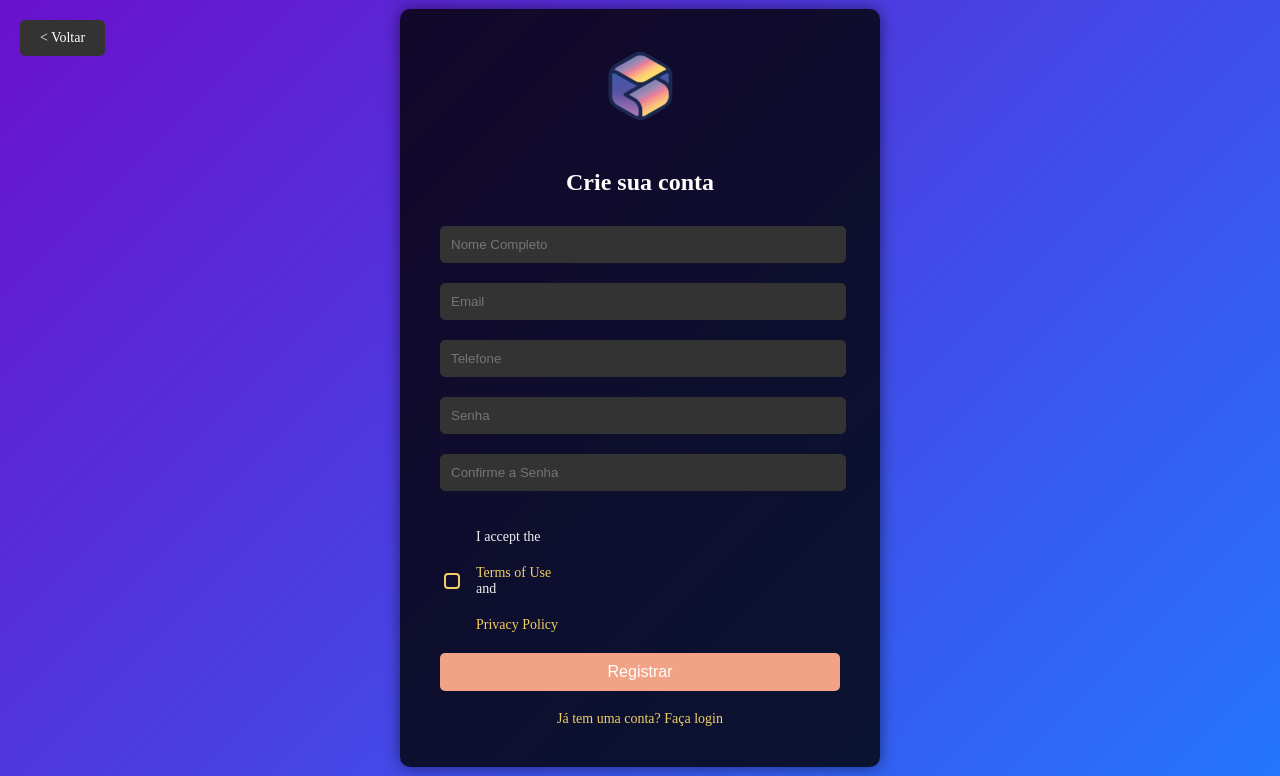
Repository: Gabrielb0rn/0EasyDesk.io
Page: 0Easydesk1/register.html
The author's editor kept a copy of each file at every save. The page is drawn from the files as they stood at one save, then again after the next save.
The browser window is 1280 px wide. The pictures show the whole page.

Above is the page before, as saved 2024-09-16 20:35:45.

### 0Easydesk1/register.html
<!DOCTYPE html>
<html lang="pt-BR">
<head>
    <meta charset="UTF-8">
    <meta name="viewport" content="width=device-width, initial-scale=1.0">
    <title>Registro - EasyDesk</title>
    <link rel="stylesheet" href="assets/register/style.css">
    <link rel="shortcut icon" href="resources/icon/EasyDeskLogo.ico">
</head>
<body>
    <a href="index.html" class="back-link">&lt; Voltar</a>
    <div class="register-container">
        <div class="register-box">
            <img src="resources/icon/EasyDeskLogo.ico" alt="Logo">
            <h2>Crie sua conta</h2>
            <form id="register-form">
                <input type="text" id="name" name="name" placeholder="Nome Completo" required>
                <input type="email" id="email" name="email" placeholder="Email" required>
                <input type="tel" id="telefone" class="Telefone" placeholder="Telefone" name="Telefone" required>
                <input type="password" id="password" name="password" placeholder="Senha" required>
                <input type="password" id="confirm-password" name="confirm-password" placeholder="Confirme a Senha" required>
                <br><br>
                <div class="checkbox-container">
                    <input type="checkbox" id="terms" name="terms" required>
                    <label for="terms">I accept the <a href="TDU.html">Terms of Use</a> and <a href="PDP.html">Privacy Policy</a></label>
                </div>
                <input type="submit" value="Registrar">
            </form>
            <a href="login.html">Já tem uma conta? Faça login</a>
        </div>
    </div>

    <script>
        document.getElementById('register-form').addEventListener('submit', function(event) {
            event.preventDefault(); // Impede o envio do formulário

            // Captura os valores dos inputs
            const name = document.getElementById('name').value;
            const email = document.getElementById('email').value;
            const telefone = document.getElementById('telefone').value;
            const password = document.getElementById('password').value;
            const confirmPassword = document.getElementById('confirm-password').value;

            // Verifica se as senhas coincidem
            if (password !== confirmPassword) {
                alert('As senhas não coincidem!');
                return;
            }

            // Salva os dados no localStorage
            const user = {
                name: name,
                email: email,
                telefone: telefone,
                password: password
            };

            localStorage.setItem('user', JSON.stringify(user));

            alert('Usuário registrado com sucesso!');
            window.location.href = 'login.html';
        });
    </script>
</body>
</html>

### 0Easydesk1/assets/register/style.css
/* Estilos principais */
body {
    background: linear-gradient(135deg, #6a11cb 0%, #2575fc 100%);
    color: white;
}

/* Container principal de registro */
.register-container {
    display: flex;
    flex-direction: column;
    align-items: center;
    justify-content: center;
    height: 100vh;
    padding: 20px;
}

/* Caixa de registro */
.register-box {
    background-color: rgba(0, 0, 0, 0.8);
    padding: 40px;
    border-radius: 10px;
    box-shadow: 0px 0px 15px rgba(0, 0, 0, 0.5);
    width: 100%;
    max-width: 400px;
    text-align: center;
    margin: 0 auto;
}

/* Logo */
.register-box img {
    width: 80px;
    height: auto;
    margin-bottom: 20px;
}

/* Título */
.register-box h2 {
    margin-bottom: 20px;
    font-size: 24px;
    color: white;
}

/* Inputs */
.register-box input[type="text"],
.register-box input[type="email"],
.register-box input[type="tel"],
.register-box input[type="password"] {
    width: 96%;
    padding: 10px;
    margin: 10px 0;
    border: 1px solid #333;
    border-radius: 5px;
    background-color: #333;
    color: white;
}

/* Botão de envio */
.register-box input[type="submit"] {
    width: 100%;
    padding: 10px;
    margin-top: 20px;
    border: none;
    border-radius: 5px;
    background-color: #F2A285;
    color: white;
    cursor: pointer;
    font-size: 16px;
    transition: background-color 0.3s ease;
}

.register-box input[type="submit"]:hover {
    background-color: #8C84B3;
}

/* Links */
.register-box a {
    display: block;
    margin-top: 20px;
    color: #F2CF66;
    text-decoration: none;
    font-size: 14px;
    transition: color 0.3s ease;
}

.register-box a:hover {
    color: #8C84B3;
}

/* Link de voltar */
.back-link {
    position: absolute;
    top: 20px;
    left: 20px;
    padding: 10px 20px;
    background-color: #333;
    color: white;
    text-decoration: none;
    font-size: 14px;
    border-radius: 5px;
    transition: background-color 0.3s ease;
}

.back-link:hover {
    background-color: #8C84B3;
}

/* Container de checkbox e termos */
.checkbox-container {
    display: flex;
    align-items: center;
    justify-content: flex-start;
    gap: 8px;
    text-align: left;
    flex-wrap: wrap; /* Quebra linha se necessário */
    margin-top: 10px;
    width: 100%;
}

/* Checkbox */
.checkbox-container input[type="checkbox"] {
    appearance: none;
    -webkit-appearance: none;
    width: 16px;
    height: 16px;
    border: 2px solid #F2CF66;
    border-radius: 4px;
    background-color: transparent;
    cursor: pointer;
    position: relative;
    margin-right: 8px;
}

.checkbox-container input[type="checkbox"]:checked {
    background-color: #F2CF66;
    border-color: #F2CF66;
}

.checkbox-container input[type="checkbox"]:checked::after {
    content: '✔';
    color: #1C3059;
    font-size: 12px;
    position: absolute;
    top: 1px;
    left: 2px;
}

/* Label do checkbox */
.checkbox-container label {
    color: #F0F1F2;
    font-size: 14px;
    cursor: pointer;
    margin-right: 4px;
}

/* Ajuste para termos de uso e política */
.checkbox-container .terms-container {
    display: flex;
    flex-wrap: wrap; /* Ajusta caso a linha seja quebrada */
    align-items: center;
    gap: 5px;
}

/* Estilo dos links dos termos */
.checkbox-container .terms-container a {
    color: #F2CF66;
    text-decoration: none;
    font-size: 14px;
    white-space: nowrap; /* Evita quebra de linha nos links */
}

.checkbox-container .terms-container a:hover {
    color: #8C84B3;
}

After the next save:
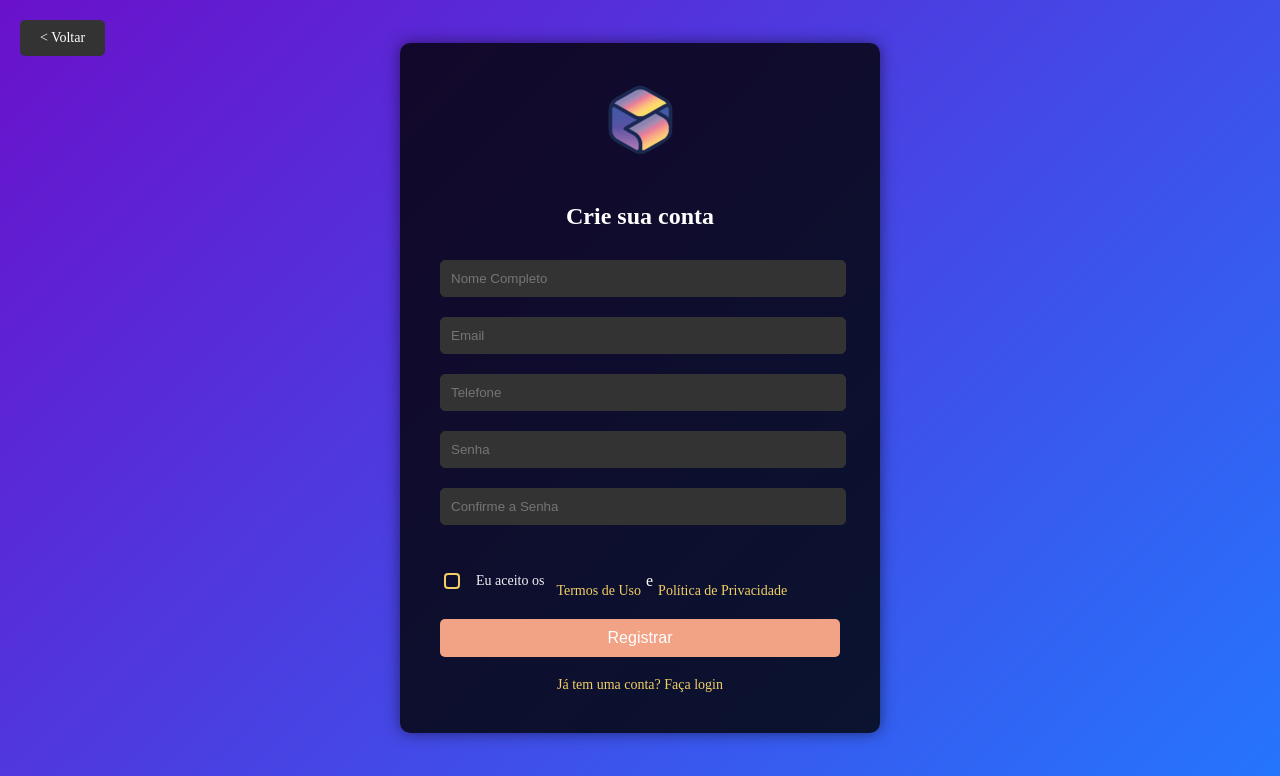
Saved 5 s later.
--- a/0Easydesk1/register.html
+++ b/0Easydesk1/register.html
@@ -22,7 +22,10 @@
                 <br><br>
                 <div class="checkbox-container">
                     <input type="checkbox" id="terms" name="terms" required>
-                    <label for="terms">I accept the <a href="TDU.html">Terms of Use</a> and <a href="PDP.html">Privacy Policy</a></label>
+                    <label for="terms">Eu aceito os <span class="terms-text"></span></label>
+                    <div class="terms-container">
+                        <a href="TDU.html">Termos de Uso</a><span> e </span><a href="PDP.html">Política de Privacidade</a>
+                    </div>
                 </div>
                 <input type="submit" value="Registrar">
             </form>
